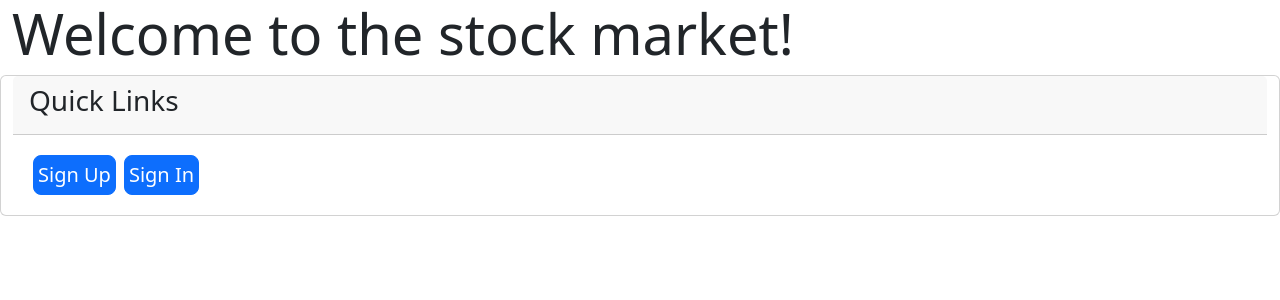
Repository: abdelbaset99/StockMarket
Page: / (app in stockmarket/)
An editor plug-in stored every save of this project. The page is shown before and after the next save, followed by the edit.
The browser window is 1280 px wide. The pictures show the whole page.
The project was rebuilt for these pictures with package versions that can differ from the ones it lists, and the page was loaded fresh each time. Also part of the build but not shown: stockmarket/angular.json, stockmarket/src/app/orders/orders.component.ts, stockmarket/src/app/order.service.ts, stockmarket/src/app/stocks/stocks.component.ts, stockmarket/src/app/stock.service.ts.

Above is the page before, as saved 2023-07-13 12:50:54.

After the next save:
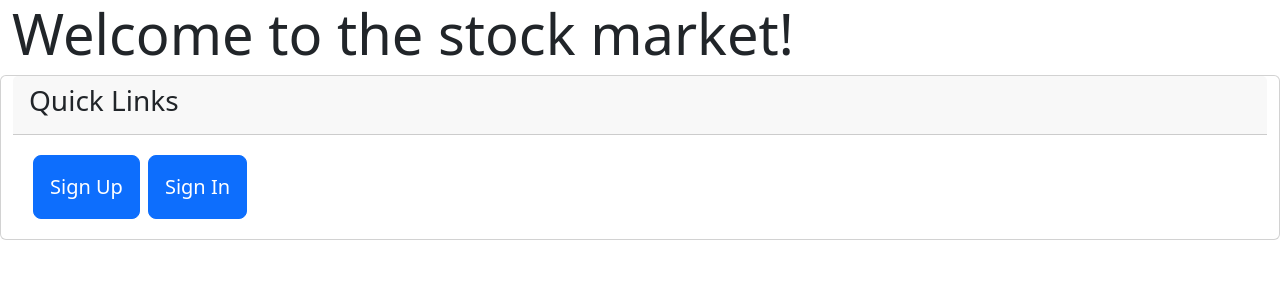
Saved 14 s later.
--- a/stockmarket/src/app/home/home.component.html
+++ b/stockmarket/src/app/home/home.component.html
@@ -20,8 +20,8 @@
         <div class="card-body">
           <!-- <a class="btn btn-primary btn-lg btn-block" routerLink="/stocks">View Stocks</a>
             <a class="btn btn-secondary btn-lg btn-block" routerLink="/orders">View Orders</a> -->
-          <a class="btn btn-primary btn-lg btn-block p-1 m-1" (click)="signUp.showModal()">Sign Up</a>
-          <a class="btn btn-primary btn-lg btn-block p-1 m-1" (click)="signIn.showModal()">Sign In</a>
+          <a class="btn btn-primary btn-lg btn-block p-3 m-1" (click)="signUp.showModal()">Sign Up</a>
+          <a class="btn btn-primary btn-lg btn-block p-3 m-1" (click)="signIn.showModal()">Sign In</a>
         </div>
 
       </div>
